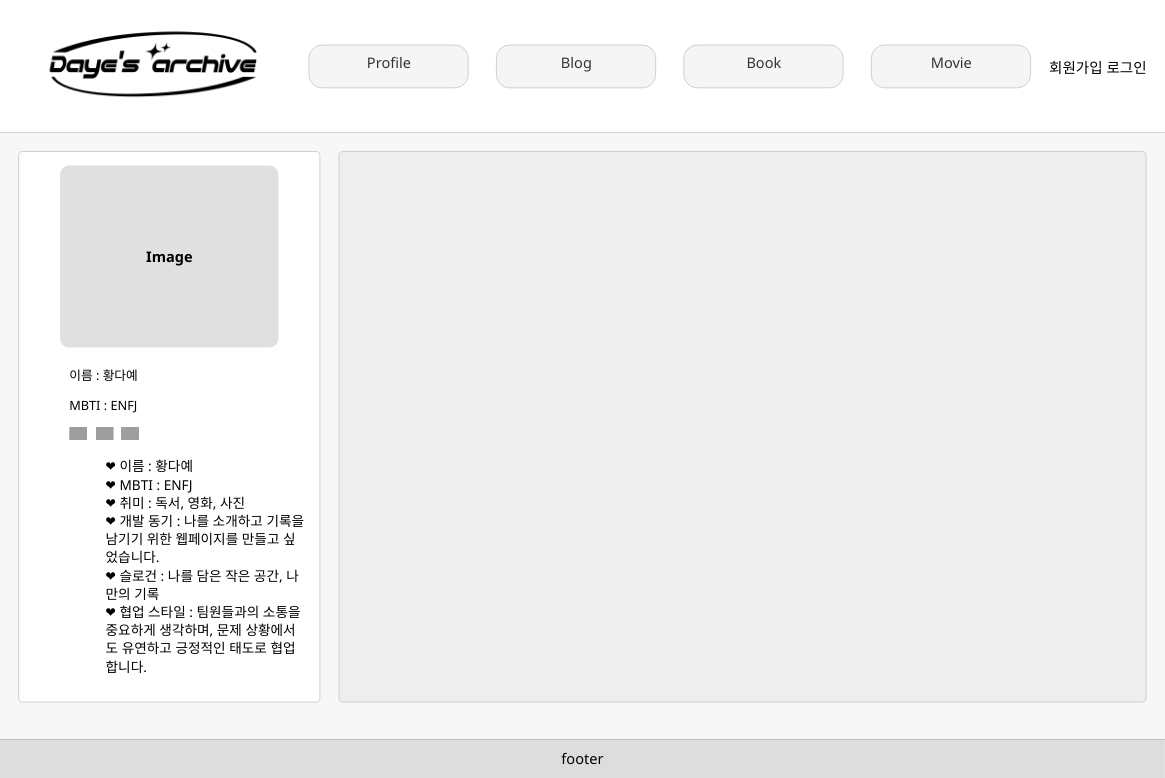
Repository: HWANG-DAYE/spring_project
Page: http://localhost/daye_archive/WEB-INF/views/main.jsp
The author's editor kept a copy of each file at every save. The page is drawn from the files as they stood at one save, then again after the next save.
The browser window is 1280 px wide. The pictures show the whole page, at 91% of full size.
Pictures or frames that could not be fetched are drawn as grey boxes. The page is served by Tomcat 9. Nobody is signed in. The template is opened directly, without the code that normally fills it, so the values that code supplies are empty.

Above is the page before, as saved 2025-08-06 06:43:43.

After the next save:
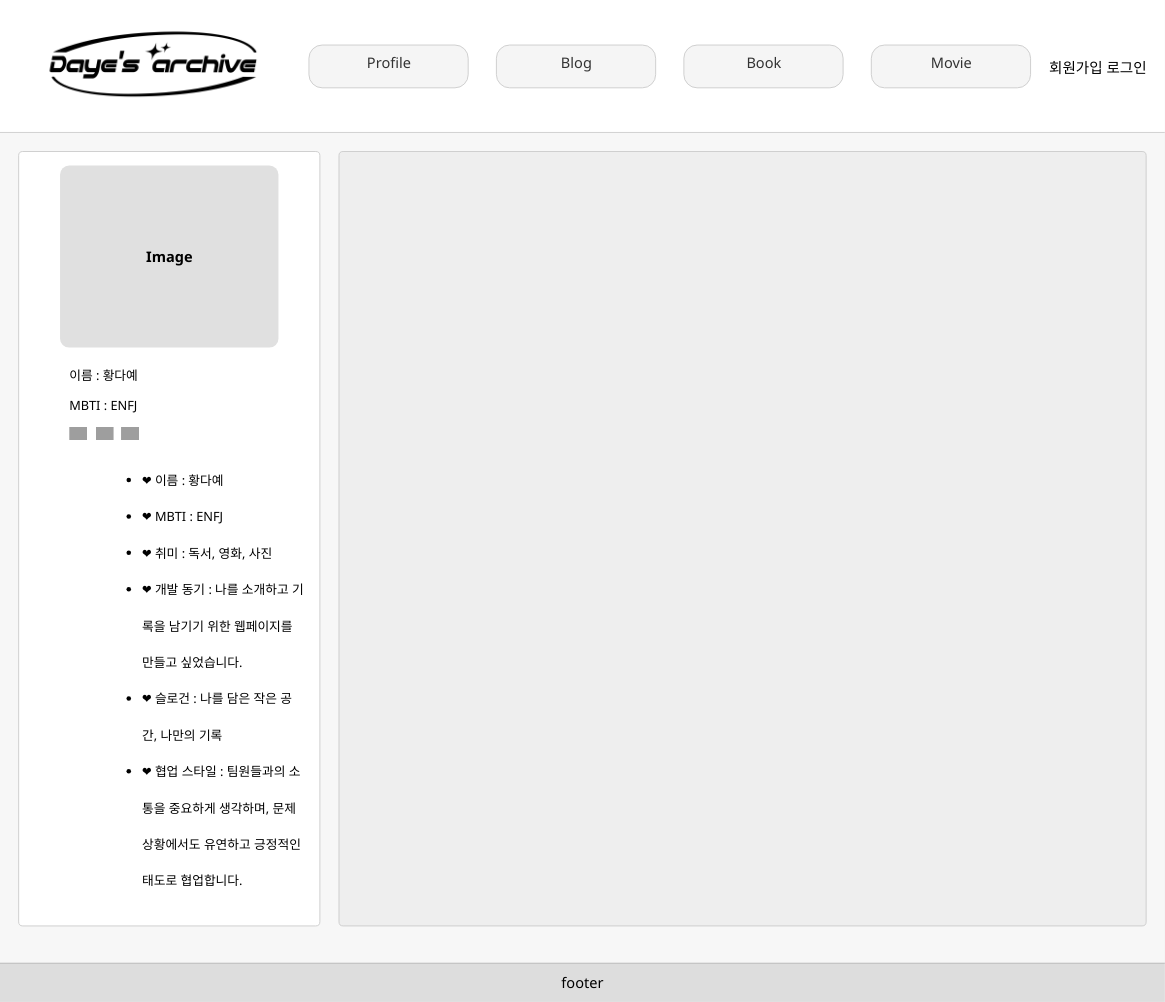
Saved 53 s later.
--- a/daye_archive/src/main/webapp/WEB-INF/views/main.jsp
+++ b/daye_archive/src/main/webapp/WEB-INF/views/main.jsp
@@ -67,12 +67,14 @@ header {
 	margin-right: 5px;
 }
 .profile ul {
-  list-style: none;
+	text-align: left;
+	font-size: 14px;
+	margin-top: 20px;
+	margin-left: 40px;
 }
 
 .profile li {
-  font-size: 15px;
-  line-height: 20px;
+  line-height: 40px;
 }
 
 .content {
